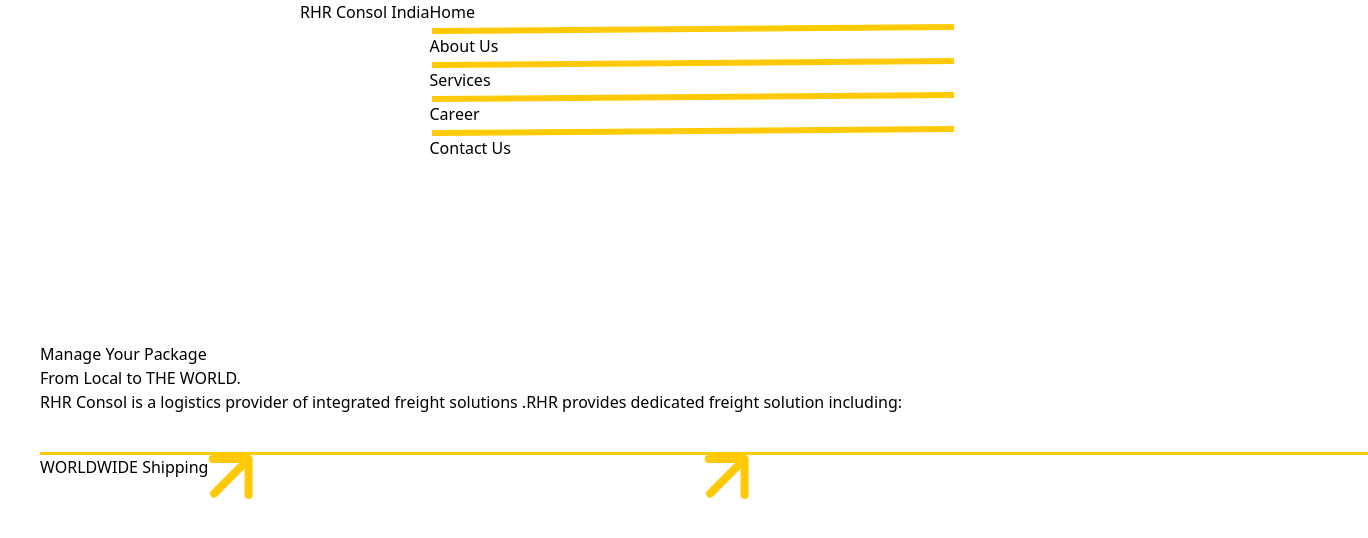
Repository: husainmamuwala/RHRConsol
Page: /services
These files come from the project's save history. The page is drawn as it stood at one moment and after a run of saves; the edit follows.
The browser window is 1280 px wide. The page is 1368 px wide, so the pictures cover 1368 px, including what lies to the right of the window. The pictures show the whole page.
The project was rebuilt for these pictures with package versions that can differ from the ones it lists, and the page was loaded fresh each time. The framework's server and built-in components were replaced by stand-ins that run in the browser. Also part of the build but not shown: next.config.js.

Above is the page before, as saved 2023-02-04 10:00:13.

### pages/services.jsx
import React from 'react'
import Navbar from '../Components/Navbar'
import Services from '../Components/Services'

const services = () => {
  return (
    <div>
        <div>
            <Navbar/>
        </div>
        <div>
          <Services/>
        </div>
    </div>
  )
}

export default services

### styles/globals.css
@tailwind base;
@tailwind components;
@tailwind utilities;

@layer base{
    @font-face{
        font-family: "Mulish";
        src: url('/fonts/Mulish.woff') format('woff');
        font-family: 'Montserrat', sans-serif

    }

}

### Components/Navbar.jsx
import React, { useState } from "react";
import Link from "next/link";
import { Bars3Icon, XMarkIcon } from "@heroicons/react/24/solid";

const Navbar = () => {
  const Links = [
    {
      name: "Home",
      link: "/",
    },
    {
      name: "About Us",
      link: "/about",
    },
    {
      name: "Services",
      link: "/services",
    },
    {
        name:"Career",
        link:'/career',
    }
  ];
  const [open, setOpen] = useState(false);
  return (
    <div className="w-full top-0 px-5 bg-[#1C2C5E]">
      <div className="lg:flex justify-between lg:items-center flex py-2">
        <div className="flex items-center">
          <Link href="/">
          <svg
          className="w-16 h-16 " width="auto" height="auto" viewBox="0 0 86 98" fill="none" xmlns="http://www.w3.org/2000/svg">
              <rect x="1" y="24" width="5" height="50" fill="white"/>
              <path d="M35 17L40 14V94H35V17Z" fill="white"/>
              <path d="M36.525 51L36 46H50V51H36.525Z" fill="white"/>
              <path d="M51 80L46 83L46 3L51 4L51 80Z" fill="white"/>
              <path d="M12 66.5375L17 69L17 29L12 29.4875L12 66.5375Z" fill="white"/>
              <path d="M24 49L29 46.3267V22L24 22.3506V49Z" fill="white"/>
              <path d="M24 73.8303L29 75V56L24 56.2316V73.8303Z" fill="white"/>
              <path d="M26.2657 60.4936L29 56L13.5833 47L13.5834 53L26.2657 60.4936Z" fill="white"/>
              <path d="M15.7343 53.7164L13 49.2227L28.4167 40.2227L28.4166 46.2227L15.7343 53.7164Z" fill="white"/>
              <path d="M14.7362 33.7152L12 29.2227L29.1541 19.1742L28.8523 25.3563L14.7362 33.7152Z" fill="white"/>
              <path d="M73.8083 66.586L68.8083 69.0485V29.0485L73.8083 29.536V66.586Z" fill="white"/>
              <path d="M61.8083 49.0485L56.8083 46.3752V22.0485L61.8083 22.3992V49.0485Z" fill="white"/>
              <path d="M61.8083 73.8788L56.8083 75.0485V56.0485L61.8083 56.2801V73.8788Z" fill="white"/>
              <path d="M59.5427 60.5422L56.8084 56.0485L72.225 47.0485L72.225 53.0485L59.5427 60.5422Z" fill="white"/>
              <path d="M70.074 53.7649L72.8083 49.2712L57.3917 40.2712L57.3917 46.2712L70.074 53.7649Z" fill="white"/>
              <path d="M71.0722 33.7638L73.8083 29.2712L56.6543 19.2227L56.9561 25.4048L71.0722 33.7638Z" fill="white"/>
              <rect x="81" y="24" width="5" height="50" fill="white"/>
              <path d="M40.5 1L40.5001 7.49999L3.33602 28.425L0.761346 24.1388L40.5 1Z" fill="white"/>
              <path d="M81 70L86.0001 73.5L46 96.5L46 90L81 70Z" fill="white"/>
              <path d="M83.1641 28.2111L85.7388 23.925L46.0001 0.999995L46.0001 4L46 6.5L83.1641 28.2111Z" fill="white"/>
              <path d="M40 96.5L40.0001 90L3.57476 70L1.00009 74.2861L40 96.5Z" fill="white"/>
        </svg>
          </Link>
        <p className="text-white pl-2 font-semibold lg:font-bold lg:text-2xl lg:tracking-wider">RHR Consol India</p>
        </div>
        <div
          onClick={() => setOpen(!open)}
          className="text-3xl cursor-pointer lg:hidden self-center place-content-end ml-auto mr-5"
        >
          {!open ? <Bars3Icon className="h-10 w-10 text-[#FFCA05]" /> : <XMarkIcon className="h-10 w-10 text-[#FFCA05]" />}
        </div>
        <div className="">
          <ul
            className={`lg:flex lg:flex-row lg:items-center font-Montserrat lg:pb-0 text-white
            absolute lg:static bg-[#1C2C5E] lg:bg-transparent lg:z-auto w-full left-0  lg:pl-0 pl-9 lg:w-auto
            transition-all duration-1000 ease-in top-20 pb-5 rounded-b-2xl z-40
            ${open ? "flex-col" : "hidden"}`}
          >
            {Links.map((link) => (
              <li onClick={() => setOpen(false)} key={link.link} className="
              md:ml-8 text-xl md:text-lg my-7 hover:text-[#FFCA05] transition-all hover:top-1 pl-2">
                <Link href={link.link}>{link.name}</Link>
                <svg
              className="w-[10rem] lg:w-[15rem] lg:ml-14 lg:hidden"
              width="auto"
              height="10"
              viewBox="0 0 262 5"
              fill="none"
              xmlns="http://www.w3.org/2000/svg"
            >
              <line x1="0.988506"y1="3.50004"x2="261.988"y2="1.50004"stroke="#FFCA05"stroke-width="3"/>
            </svg>
              </li>
            ))}
            <div className="py-4 ml-1">
              <a href="/contact">
            <button className="bg-[#FFCA05] rounded-xl px-5 py-1 text-[#1C2C5E] font-Montserrat md:text-lg
            lg:ml-10 hover:scale-105">
                Contact Us
            </button>
              </a>
            </div>
          </ul>
        </div>
      </div>
    </div>
  );
};

export default Navbar;

### Components/Services.jsx
import React, { Component } from 'react';


const Services = () => {
  const Data = [
    {
      main:"WORLDWIDE",
      sub:"Shipping",
      icon:"img/a2.png",
      desc:"Our cargo be it Airport to Airport or Door to Door, for prompt movement, we have dedicated team & active network to provide round the clock services as per priority implies",

    },
    {

    }
  ];

  return (
    <div className='px-10 py-5'>
      <div className='bg-secondary w-full rounded-[2rem] md:py-10 py-5 md:px-10 px-5'>
        <div className='flex flex-row justify-between'>
          <div className=' text-white'>
            <span className='md:text-6xl text-xl font-bold'>Manage Your Package</span>
            <br />
            <span className='md:text-6xl text-xl font-bold'>From Local to <span className='text-primary'> THE WORLD.</span></span>
            <br />
            <span>RHR Consol is a logistics provider of integrated freight solutions .RHR provides dedicated freight solution including:</span>
          </div>
          <div className=''>
            <img
              src='img/arrow 1.png'
              alt=' ' />
          </div>
        </div>


        <div className='py-5 flex md:flex-row flex-col mt-5'>
          <div className='w-1/2 h-auto'>
            <img
              src='img/service1.png'
              className='' />
          </div>
          <div className='flex flex-col'>
          {
            Data.map((d)=>(
          <div className='pr-28 ml-5'>
            <svg width="664" height="3" viewBox="0 0 664 3" fill="none" xmlns="http://www.w3.org/2000/svg">
              <line y1="1.5" x2="664" y2="1.5" stroke="#FFCA05" stroke-width="3" />
            </svg>
            <div className='flex flex-row justify-between mt-3'>
              <p className='text-white font-semibold text-3xl'>
                <span className='text-primary'>{d.main}{" "}</span>{d.sub}</p>
              <img
                src='img/a2.png' />
            </div>
            <p className='text-white pr-10'></p>
          </div>
            ))
          }
          </div>
        </div>
      </div>
    </div>
  )
}

export default Services;

### tailwind.config.js
/** @type {import('tailwindcss').Config} */
module.exports = {
  content: [
    "./pages/**/*.{js,ts,jsx,tsx}",
    "./components/**/*.{js,ts,jsx,tsx}",
  ],
  theme: {
    extend: {
      fontFamily: {
        mulish:'Mulish'
      },
      colors:{
        primary:"#FFCA05",
        secondary:"#1C2C5E",
      }
    },
  },
  plugins: [

  ],
}

Loaded but not shown: pages/_app.js (common file)

After the next 2 saves:
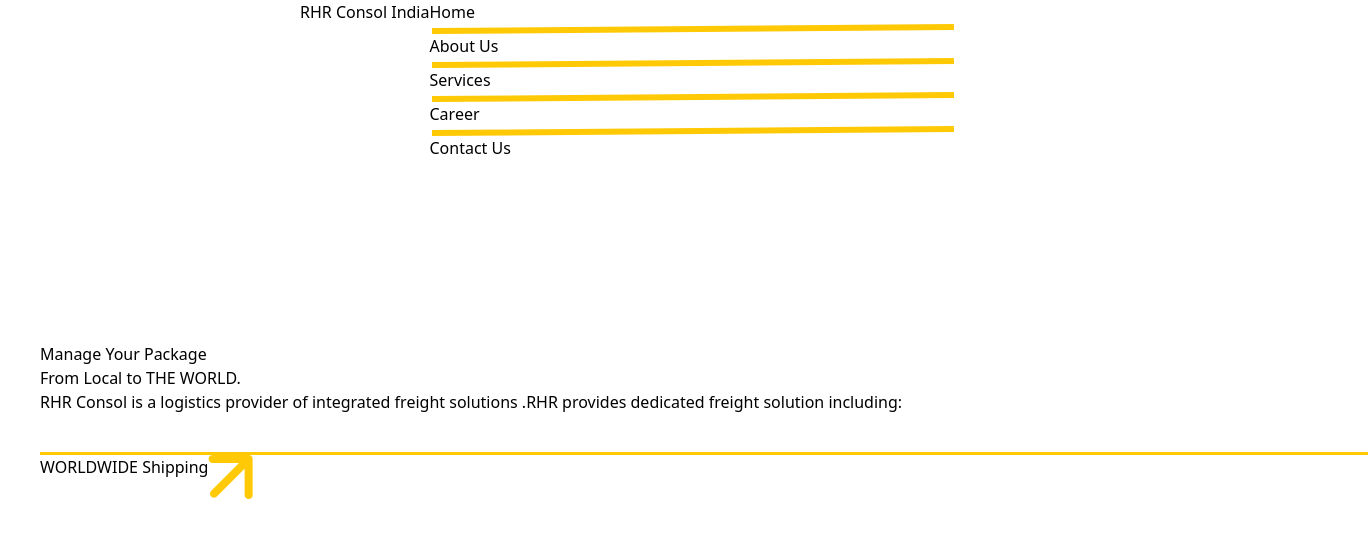
The 2 saves are shown as one change because they came seconds apart.
The last was saved 7 s later.
--- a/Components/Services.jsx
+++ b/Components/Services.jsx
@@ -51,7 +51,7 @@
               <p className='text-white font-semibold text-3xl'>
                 <span className='text-primary'>{d.main}{" "}</span>{d.sub}</p>
               <img
-                src='img/a2.png' />
+                src={d.icon} />
             </div>
             <p className='text-white pr-10'></p>
           </div>
